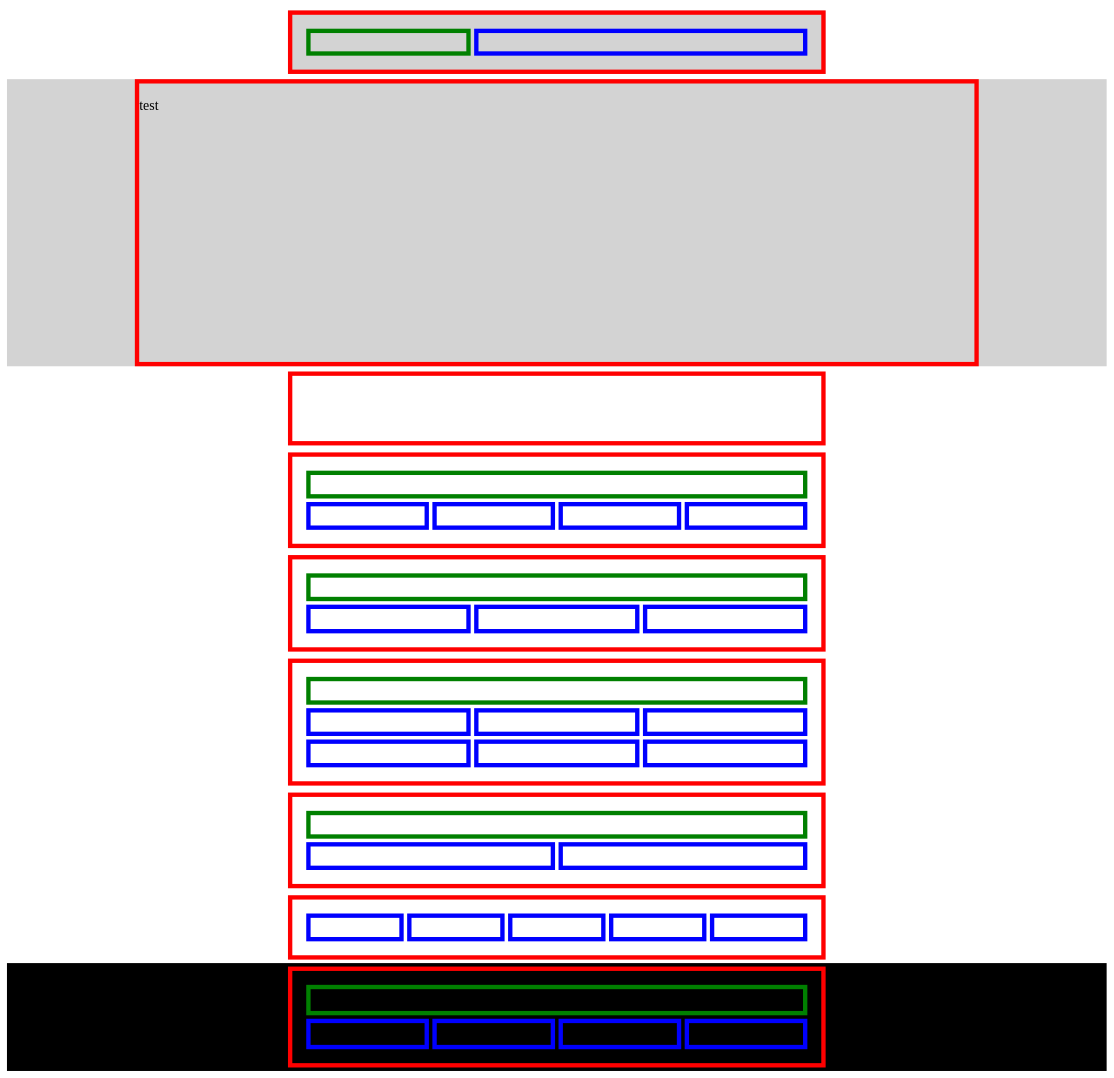
Repository: anderscederberg11/LAB2BG
Page: index.html
These files come from the project's save history. The page is drawn as it stood at one moment and after the next save; the edit follows.
The browser window is 1280 px wide. The pictures show the whole page, at 87% of full size.

Above is the page before, as saved 2024-01-30 22:58:06.

After the next save:
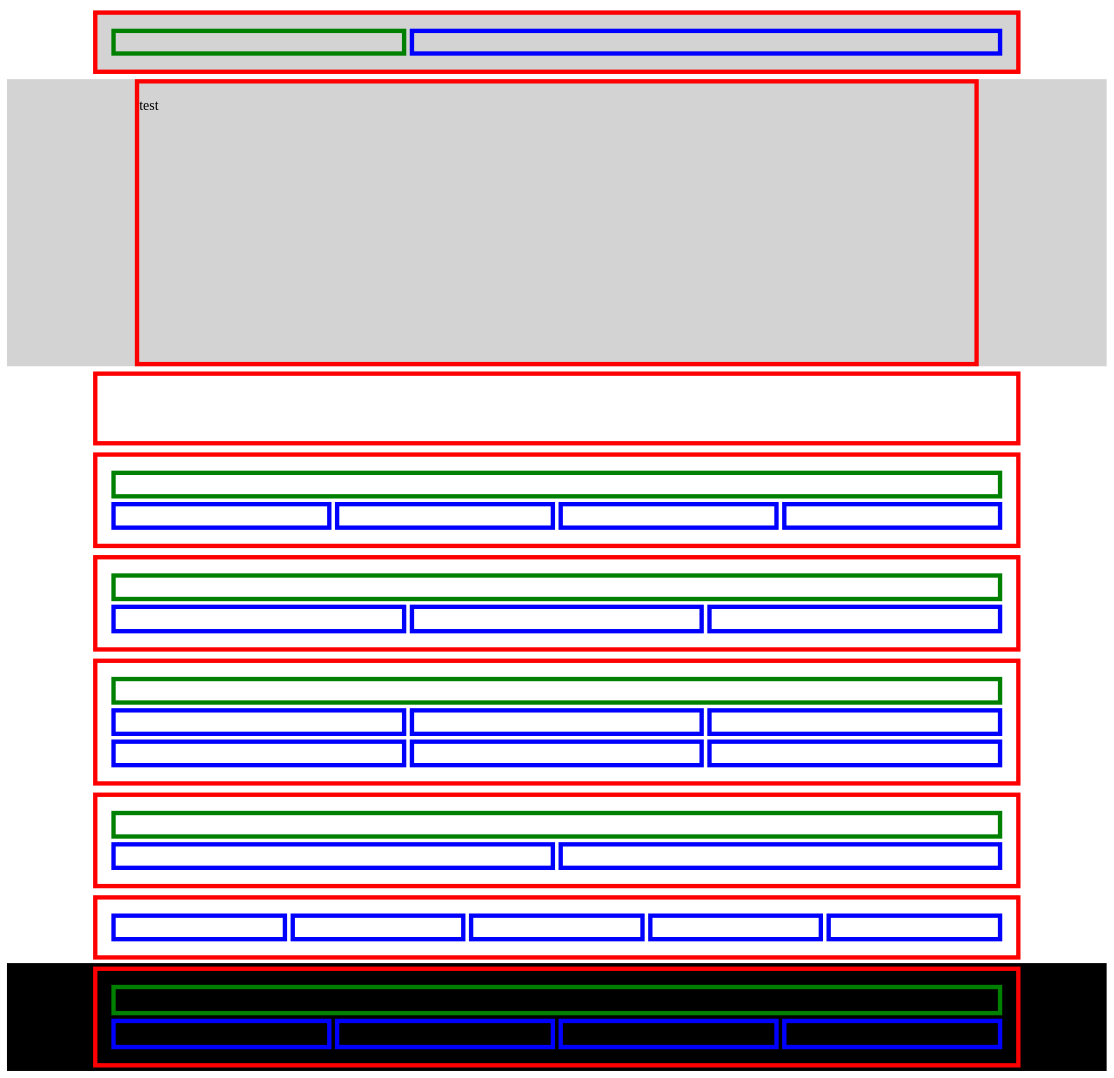
Saved 13 s later.
--- a/css/style.css
+++ b/css/style.css
@@ -44,7 +44,7 @@
 
 .headerContainer, .sectionTwo, .sectionThree, .sectionFour, .sectionFive, .sectionSix, .sectionSeven, .sectionFooter{
   display:grid;
-  width:80vh;
+  width:80vw;
   grid-gap:0.25em;
   padding:1em;
   margin:0.25em;
